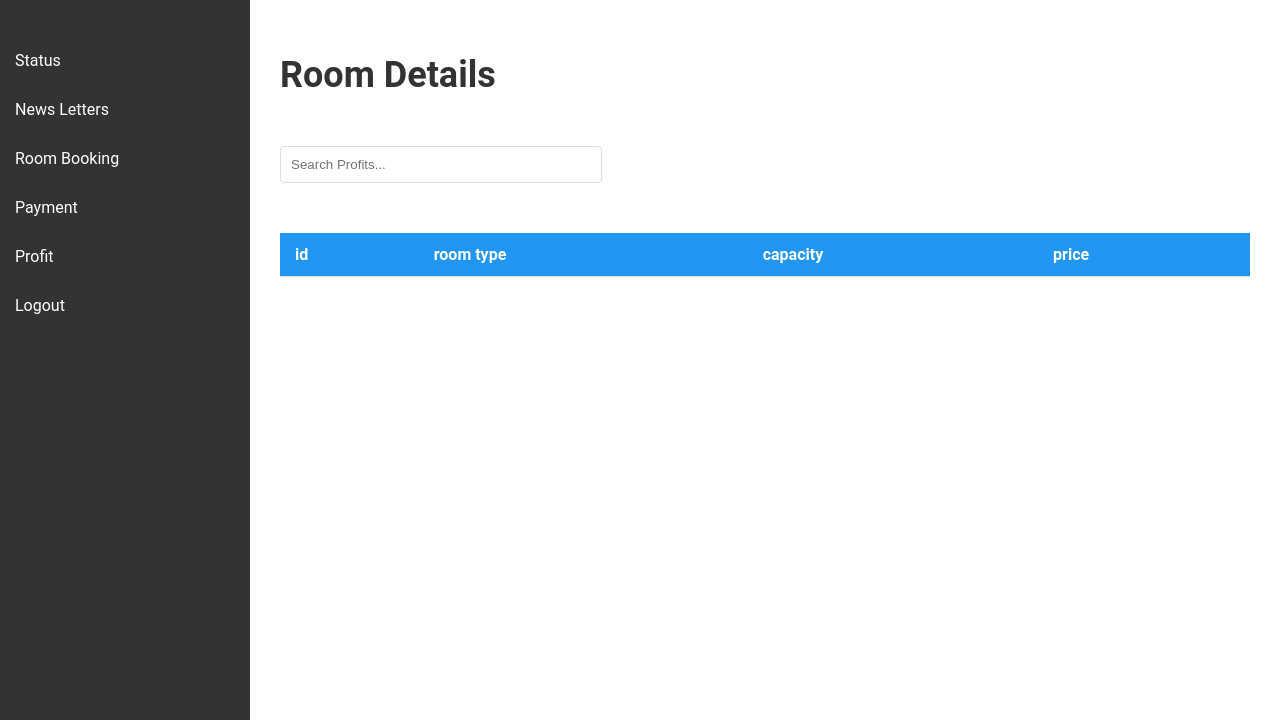
Repository: Trikisalem/examentp_jakarta
Page: http://localhost/hotel/admin/profit.jsp
The author's editor kept a copy of each file at every save. The page is drawn from the files as they stood at one save, then again after the next save.
The browser window is 1280 px wide. The pictures show the whole page.
The page is served by Tomcat 10. Nobody is signed in. The application's start-up code is not run. Queries for data that is not in the repository find no rows.

Above is the page before, as saved 2024-12-14 14:46:52.

After the next save:
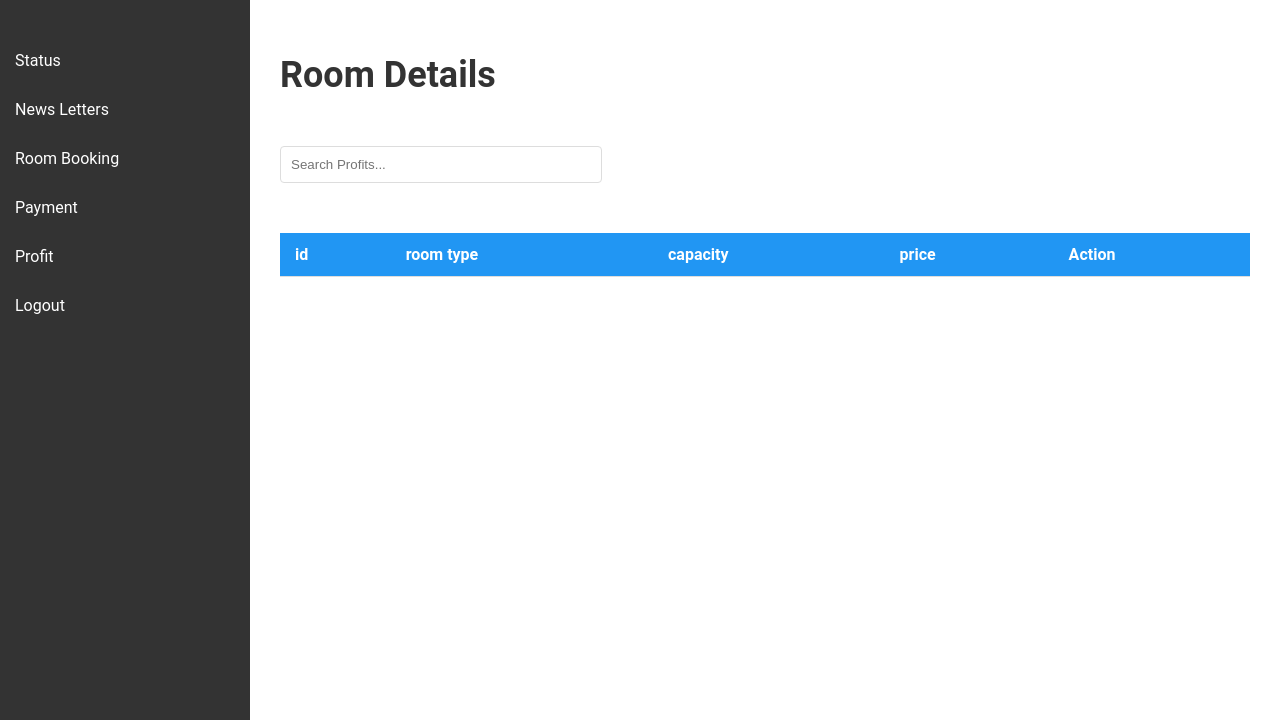
Saved 3 min 50 s later.
--- a/hotel/src/main/webapp/admin/profit.jsp
+++ b/hotel/src/main/webapp/admin/profit.jsp
@@ -192,6 +192,7 @@
                                                 <th>room type</th>
                                                 <th>capacity</th>
                                                 <th>price</th>
+                                                <th>Action</th> <!-- Nouvelle colonne Action -->
                                             </tr>
                                         </thead>
                                         <tbody>
@@ -199,7 +200,7 @@
                                                 // Connexion à la base de données
                                                 String url = "jdbc:mysql://localhost:3306/hotel_management"; // Remplacez par votre base de données
                                                 String user = "root"; // Remplacez par votre utilisateur
-                                                String password = "triki"; // Remplacez par votre mot de passe
+                                                String password = "password"; // Remplacez par votre mot de passe
 
                                                 Connection conn = null;
                                                 Statement stmt = null;
@@ -229,6 +230,10 @@
                                                 <td><%= label %></td>
                                                 <td><%= capacity %></td>
                                                 <td><%= price %></td>
+                                                <td>
+                                                    <a href="editRoom.jsp?id=<%= id %>" class="btn">Edit</a> <!-- Lien vers la page de modification -->
+                                                    <a href="deleteRoom.jsp?id=<%= id %>" class="btn" style="background-color: #f44336;">Delete</a> <!-- Lien vers la page de suppression -->
+                                                </td>
                                             </tr>
                                             <%
                                                     }
@@ -265,16 +270,13 @@
             tr = table.getElementsByTagName("tr");
 
             for (i = 0; i < tr.length; i++) {
-                td = tr[i].getElementsByTagName("td");
-                for (var j = 0; j < td.length; j++) {
-                    if (td[j]) {
-                        txtValue = td[j].textContent || td[j].innerText;
-                        if (txtValue.toUpperCase().indexOf(filter) > -1) {
-                            tr[i].style.display = "";
-                            break;
-                        } else {
-                            tr[i].style.display = "none";
-                        }
+                td = tr[i].getElementsByTagName("td")[1]; // Chercher dans la colonne des types de chambre (2ème colonne)
+                if (td) {
+                    txtValue = td.textContent || td.innerText;
+                    if (txtValue.toUpperCase().indexOf(filter) > -1) {
+                        tr[i].style.display = "";
+                    } else {
+                        tr[i].style.display = "none";
                     }
                 }
             }
